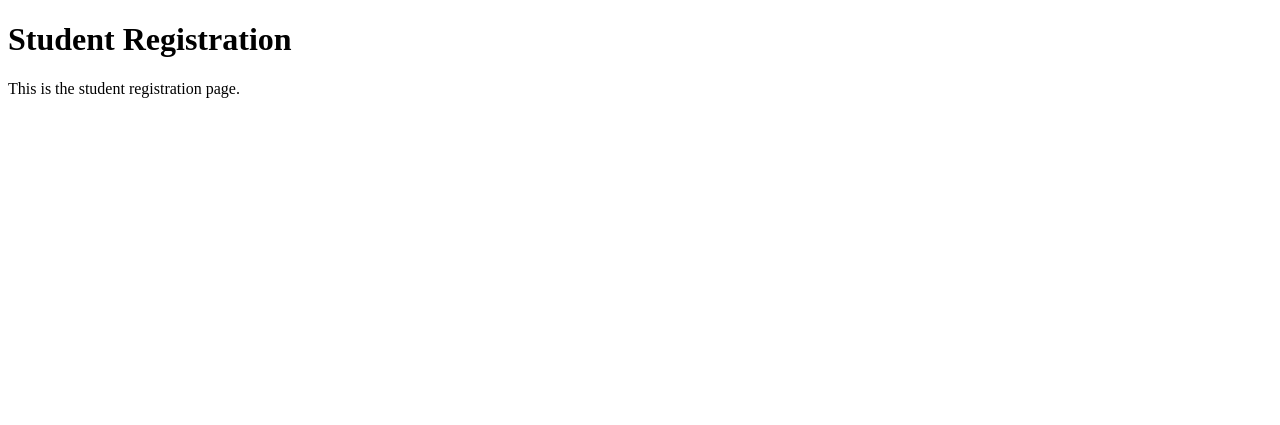
Repository: purrito123/student-register-system
Page: http://localhost/student-register
An editor plug-in stored every save of this project. The page is shown before and after the next save, followed by the edit.
The browser window is 1280 px wide. The pictures show the whole page.
The page is served by the project's application, run on Flask 3 (app.py).

Above is the page before, as saved 2026-08-10 18:12:22.

### templates/student_register.html
<!DOCTYPE html>
<html>
<head>
    <title>Student Registration</title>
</head>

<body>

    <h1>Student Registration</h1>

    <p>This is the student registration page.</p>

</body>
</html>

### app.py
from flask import Flask, render_template

app = Flask(__name__)


@app.route("/")
def home():
    return render_template("signup.html")


@app.route("/student-register")
def student_register():
    return render_template("student_register.html")


@app.route("/admin-register")
def admin_register():
    return render_template("admin_register.html")


if __name__ == "__main__":
    app.run(debug=True)

After the next save:
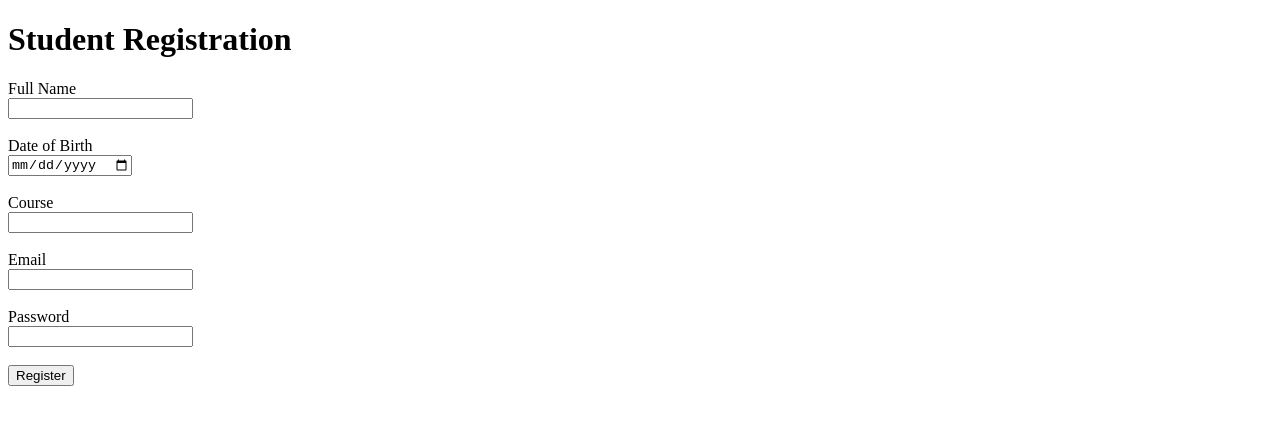
Saved 4 min 0 s later.
--- a/templates/student_register.html
+++ b/templates/student_register.html
@@ -8,7 +8,41 @@
 
     <h1>Student Registration</h1>
 
-    <p>This is the student registration page.</p>
+    <form>
+
+        <label>Full Name</label>
+        <br>
+        <input type="text" name="name" required>
+
+        <br><br>
+
+        <label>Date of Birth</label>
+        <br>
+        <input type="date" name="dob" required>
+
+        <br><br>
+
+        <label>Course</label>
+        <br>
+        <input type="text" name="course" required>
+
+        <br><br>
+
+        <label>Email</label>
+        <br>
+        <input type="email" name="email" required>
+
+        <br><br>
+
+        <label>Password</label>
+        <br>
+        <input type="password" name="password" required>
+
+        <br><br>
+
+        <button type="submit">Register</button>
+
+    </form>
 
 </body>
 </html>
